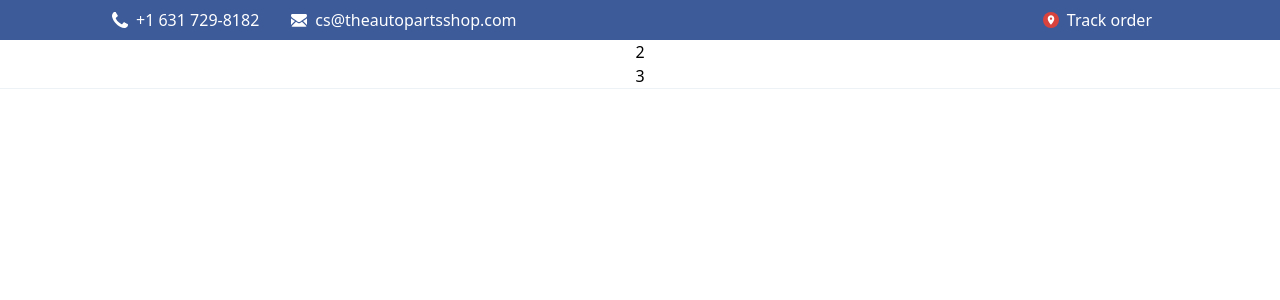
Repository: robindhimanspineor/TAPS-Next
Page: /
An editor plug-in stored every save of this project. The page is shown before and after the next save, followed by the edit.
The browser window is 1280 px wide. The pictures show the whole page.
The project was rebuilt for these pictures with package versions that can differ from the ones it lists, and the page was loaded fresh each time. The framework's server and built-in components were replaced by stand-ins that run in the browser. Also part of the build but not shown: next.config.js.

Above is the page before, as saved 2021-09-16 15:53:35.

### src/pages/index.tsx
// import { useRouter } from 'next/router';

// import { Meta } from '../layout/Meta';
// import { Main } from '../templates/Main';
import Header from '../components/common/header';

const Index = () => {
  // const router = useRouter();

  return (
    // <Main
    //   meta={
    //     <Meta
    //       title="Next.js Boilerplate Presentation"
    //       description="Next js Boilerplate is the perfect starter code for your project. Build your React application with the Next.js framework."
    //     />
    //   }
    // >
    // </Main>
    <div>
      <main className="main-container block">
        <Header />
      </main>
    </div>
  );
};

export default Index;

### src/components/common/header/index.js
import PhoneHandle from '../../../svg/PhoneHandleSvg';
import MailBoxSvg from '../../../svg/MailBoxSvg';
import TrackOrderSvg from '../../../svg/TrackOrderSvg';

import topHeaderStyles from '../../../styles/top-header.module.css';

const Header = () => {
  return (
    <header className="flex flex-col items-center justify-center w-full static border-b z-50">
      <div
        className={`${topHeaderStyles.bgBlue} head-top flex justify-between py-2 pr-32 pl-28  w-full text-base`}
      >
        <div className="w-screen max-w-screen-xl flex justify-between">
          <div className="head-top-left flex text-white font-medium w-9/12">
            <div className="head-top-phone flex items-center text-white w-auto">
              <div
                className="text-white h-6 w-6 flex items-center pr-2"
                style={{ fill: '#fff' }}
              >
                <PhoneHandle />
              </div>
              <p>+1 631 729-8182</p>
            </div>
            <div className="heap-top-email flex items-center text-white w-auto ml-8">
              <div
                className="text-white h-6 w-6 flex items-center pr-2"
                style={{ fill: '#fff' }}
              >
                <MailBoxSvg />
              </div>
              <p>cs@theautopartsshop.com</p>
            </div>
          </div>
          <div className="head-top-right text-white font-medium">
            {/* <div
              onClick={() => console.log('track order')}
              className="text-white h-6 w-6 flex items-center pr-2"
              style={{ fill: '#fff' }}
            >
              <TrackOrderSvg />
              <span className="icon_label">Track order</span>
            </div> */}
            <div className="head-top-track-order flex items-center text-white w-auto">
              <div
                className="text-white h-6 w-6 flex items-center pr-2 cursor-pointer"
                style={{ fill: '#fff' }}
              >
                <TrackOrderSvg />
              </div>
              <p>Track order</p>
            </div>
          </div>
        </div>
      </div>
      <div>2</div>
      <div>3</div>
    </header>
  );
};

export default Header;

### src/svg/PhoneHandleSvg.js
import React from 'react';

const PhoneHandle = () => (
  <svg
    version="1.1"
    xmlns="http://www.w3.org/2000/svg"
    xmlnsXlink="http://www.w3.org/1999/xlink"
    x="0px"
    y="0px"
    width="401.998px"
    height="401.998px"
    viewBox="0 0 401.998 401.998"
    style={{ enableBackground: 'new 0 0 401.998 401.998' }}
    xmlSpace="preserve"
    aria-label="phone handle svg"
  >
    <g>
      <path
        d="M401.129,311.475c-1.137-3.426-8.371-8.473-21.697-15.129c-3.61-2.098-8.754-4.949-15.41-8.566
		c-6.662-3.617-12.709-6.95-18.13-9.996c-5.432-3.045-10.521-5.995-15.276-8.846c-0.76-0.571-3.139-2.234-7.136-5
		c-4.001-2.758-7.375-4.805-10.14-6.14c-2.759-1.327-5.473-1.995-8.138-1.995c-3.806,0-8.56,2.714-14.268,8.135
		c-5.708,5.428-10.944,11.324-15.7,17.706c-4.757,6.379-9.802,12.275-15.126,17.7c-5.332,5.427-9.713,8.138-13.135,8.138
		c-1.718,0-3.86-0.479-6.427-1.424c-2.566-0.951-4.518-1.766-5.858-2.423c-1.328-0.671-3.607-1.999-6.845-4.004
		c-3.244-1.999-5.048-3.094-5.428-3.285c-26.075-14.469-48.438-31.029-67.093-49.676c-18.649-18.658-35.211-41.019-49.676-67.097
		c-0.19-0.381-1.287-2.19-3.284-5.424c-2-3.237-3.333-5.518-3.999-6.854c-0.666-1.331-1.475-3.283-2.425-5.852
		s-1.427-4.709-1.427-6.424c0-3.424,2.713-7.804,8.138-13.134c5.424-5.327,11.326-10.373,17.7-15.128
		c6.379-4.755,12.275-9.991,17.701-15.699c5.424-5.711,8.136-10.467,8.136-14.273c0-2.663-0.666-5.378-1.997-8.137
		c-1.332-2.765-3.378-6.139-6.139-10.138c-2.762-3.997-4.427-6.374-4.999-7.139c-2.852-4.755-5.799-9.846-8.848-15.271
		c-3.049-5.424-6.377-11.47-9.995-18.131c-3.615-6.658-6.468-11.799-8.564-15.415C98.986,9.233,93.943,1.997,90.516,0.859
		C89.183,0.288,87.183,0,84.521,0c-5.142,0-11.85,0.95-20.129,2.856c-8.282,1.903-14.799,3.899-19.558,5.996
		c-9.517,3.995-19.604,15.605-30.264,34.826C4.863,61.566,0.01,79.271,0.01,96.78c0,5.135,0.333,10.131,0.999,14.989
		c0.666,4.853,1.856,10.326,3.571,16.418c1.712,6.09,3.093,10.614,4.137,13.56c1.045,2.948,2.996,8.229,5.852,15.845
		c2.852,7.614,4.567,12.275,5.138,13.988c6.661,18.654,14.56,35.307,23.695,49.964c15.03,24.362,35.541,49.539,61.521,75.521
		c25.981,25.98,51.153,46.49,75.517,61.526c14.655,9.134,31.314,17.032,49.965,23.698c1.714,0.568,6.375,2.279,13.986,5.141
		c7.614,2.854,12.897,4.805,15.845,5.852c2.949,1.048,7.474,2.43,13.559,4.145c6.098,1.715,11.566,2.905,16.419,3.576
		c4.856,0.657,9.853,0.996,14.989,0.996c17.508,0,35.214-4.856,53.105-14.562c19.219-10.656,30.826-20.745,34.823-30.269
		c2.102-4.754,4.093-11.273,5.996-19.555c1.909-8.278,2.857-14.985,2.857-20.126C401.99,314.814,401.703,312.819,401.129,311.475z"
      />
    </g>
    <g />
    <g />
    <g />
    <g />
    <g />
    <g />
    <g />
    <g />
    <g />
    <g />
    <g />
    <g />
    <g />
    <g />
    <g />
  </svg>
);

export default PhoneHandle;

### src/svg/MailBoxSvg.js
import React from 'react';

const MailBoxSvg = () => (
  <svg
    version="1.1"
    xmlns="http://www.w3.org/2000/svg"
    xmlnsXlink="http://www.w3.org/1999/xlink"
    x="0px"
    y="0px"
    width="550.795px"
    height="550.795px"
    viewBox="0 0 550.795 550.795"
    style={{ enableBackground: 'new 0 0 550.795 550.795' }}
    xmlSpace="preserve"
    aria-label="mail box"
  >
    <g>
      <g>
        <path
          d="M501.613,491.782c12.381,0,23.109-4.088,32.229-12.16L377.793,323.567c-3.744,2.681-7.373,5.288-10.801,7.767
			c-11.678,8.604-21.156,15.318-28.434,20.129c-7.277,4.822-16.959,9.737-29.045,14.755c-12.094,5.024-23.361,7.528-33.813,7.528
			h-0.306h-0.306c-10.453,0-21.72-2.503-33.813-7.528c-12.093-5.018-21.775-9.933-29.045-14.755
			c-7.277-4.811-16.75-11.524-28.434-20.129c-3.256-2.387-6.867-5.006-10.771-7.809L16.946,479.622
			c9.119,8.072,19.854,12.16,32.234,12.16H501.613z"
        />
        <path
          d="M31.047,225.299C19.37,217.514,9.015,208.598,0,198.555V435.98l137.541-137.541
			C110.025,279.229,74.572,254.877,31.047,225.299z"
        />
        <path
          d="M520.059,225.299c-41.865,28.336-77.447,52.73-106.75,73.195l137.486,137.492V198.555
			C541.98,208.396,531.736,217.306,520.059,225.299z"
        />
        <path
          d="M501.613,59.013H49.181c-15.784,0-27.919,5.33-36.42,15.979C4.253,85.646,0.006,98.97,0.006,114.949
			c0,12.907,5.636,26.892,16.903,41.959c11.267,15.061,23.256,26.891,35.961,35.496c6.965,4.921,27.969,19.523,63.012,43.801
			c18.917,13.109,35.368,24.535,49.505,34.395c12.05,8.396,22.442,15.667,31.022,21.701c0.985,0.691,2.534,1.799,4.59,3.269
			c2.215,1.591,5.018,3.61,8.476,6.107c6.659,4.816,12.191,8.709,16.597,11.683c4.4,2.975,9.731,6.298,15.985,9.988
			c6.249,3.685,12.143,6.456,17.675,8.299c5.533,1.842,10.655,2.766,15.367,2.766h0.306h0.306c4.711,0,9.834-0.924,15.368-2.766
			c5.531-1.843,11.42-4.608,17.674-8.299c6.248-3.69,11.572-7.02,15.986-9.988c4.406-2.974,9.938-6.866,16.598-11.683
			c3.451-2.497,6.254-4.517,8.469-6.102c2.057-1.476,3.605-2.577,4.596-3.274c6.684-4.651,17.1-11.892,31.104-21.616
			c25.482-17.705,63.01-43.764,112.742-78.281c14.957-10.447,27.453-23.054,37.496-37.803c10.025-14.749,15.051-30.22,15.051-46.408
			c0-13.525-4.873-25.098-14.598-34.737C526.461,63.829,514.932,59.013,501.613,59.013z"
        />
      </g>
    </g>
    <g />
    <g />
    <g />
    <g />
    <g />
    <g />
    <g />
    <g />
    <g />
    <g />
    <g />
    <g />
    <g />
    <g />
    <g />
  </svg>
);

export default MailBoxSvg;

### src/svg/TrackOrderSvg.js
import React from 'react';

const TrackOrderSvg = () => (
    <svg xmlns="http://www.w3.org/2000/svg"
        version="1.1"
        id="Layer_1"
        x="0px"
        y="0px"
        viewBox="0 0 28 28"
        style={{ enableBackground: "new 0 0 28 28" }}>

        <circle id="Ellipse_2" fill="#D9433E" cx="14" cy="14" r="14" />
        <path id="Icon_material-location-on" fill="#FFFFFF" d="M14,5.9c-3.1,0-5.7,2.5-5.7,5.7c0,0,0,0,0,0c0,4.3,5.7,10.5,5.7,10.5  s5.7-6.3,5.7-10.5C19.7,8.4,17.1,5.9,14,5.9C14,5.9,14,5.9,14,5.9z M14,13.6c-1.1,0-2-0.9-2-2c0-1.1,0.9-2,2-2c1.1,0,2,0.9,2,2l0,0  C16,12.7,15.1,13.6,14,13.6z" />
    </svg>
);

export default TrackOrderSvg;

### src/styles/top-header.module.css
.bgBlue {
  background-color: #3d5b99;
}

Loaded but not shown: src/pages/_app.tsx (common file); src/pages/_document.tsx (common file); src/styles/main.css (common file); src/utils/AppConfig.ts (common file); tailwind.config.js (common file)

After the next save:
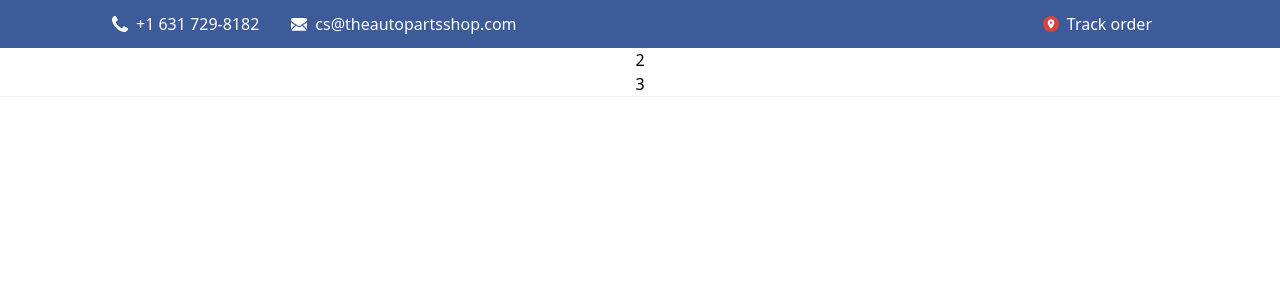
Saved 6 s later.
--- a/src/components/common/header/index.js
+++ b/src/components/common/header/index.js
@@ -42,7 +42,7 @@
             </div> */}
             <div className="head-top-track-order flex items-center text-white w-auto">
               <div
-                className="text-white h-6 w-6 flex items-center pr-2 cursor-pointer"
+                className="text-white h-8 w-6 flex items-center pr-2 cursor-pointer"
                 style={{ fill: '#fff' }}
               >
                 <TrackOrderSvg />

After the save that followed:
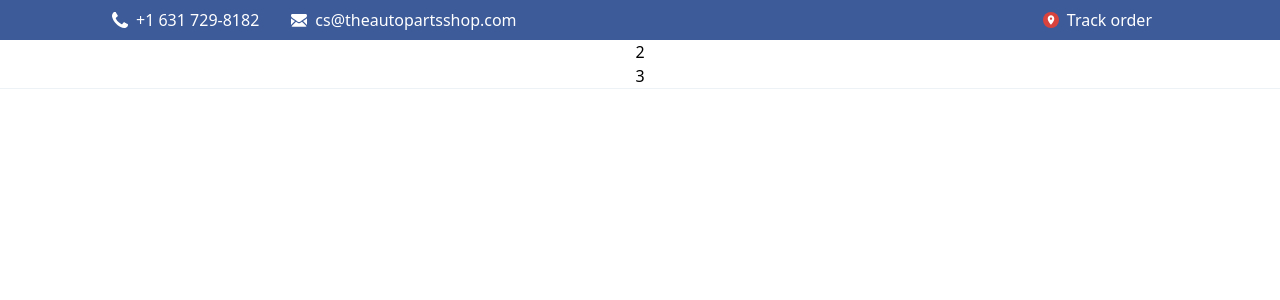
Saved 13 s later.
--- a/src/components/common/header/index.js
+++ b/src/components/common/header/index.js
@@ -42,7 +42,7 @@
             </div> */}
             <div className="head-top-track-order flex items-center text-white w-auto">
               <div
-                className="text-white h-8 w-6 flex items-center pr-2 cursor-pointer"
+                className="text-white h-6 w-6 flex items-center pr-2 cursor-pointer"
                 style={{ fill: '#fff' }}
               >
                 <TrackOrderSvg />
